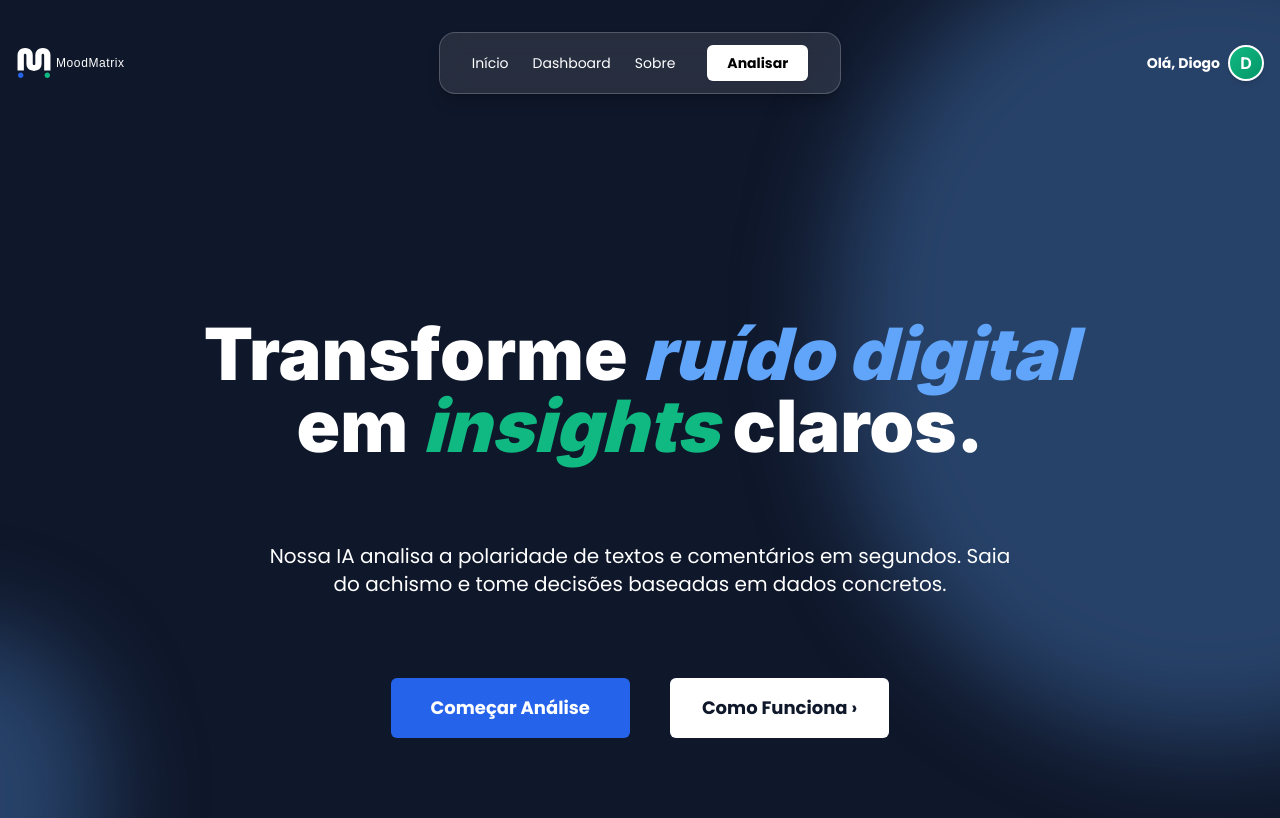
Repository: Hackaton-ONE/hackathon-Frontend
Page: /
The author's editor kept a copy of each file at every save. The page is drawn from the files as they stood at one save, then again after the next save.
The browser window is 1280 px wide. The pictures show the whole page.
An inner scrolling area shows only its first screen. Some web fonts or font styles are not loaded; a fallback is used. The project was rebuilt for these pictures with package versions that can differ from the ones it lists, and the page was loaded fresh each time. The framework's server and built-in components were replaced by stand-ins that run in the browser. Also part of the build but not shown: next.config.ts.

Above is the page before, as saved 2026-01-02 13:11:11.

After the next save:
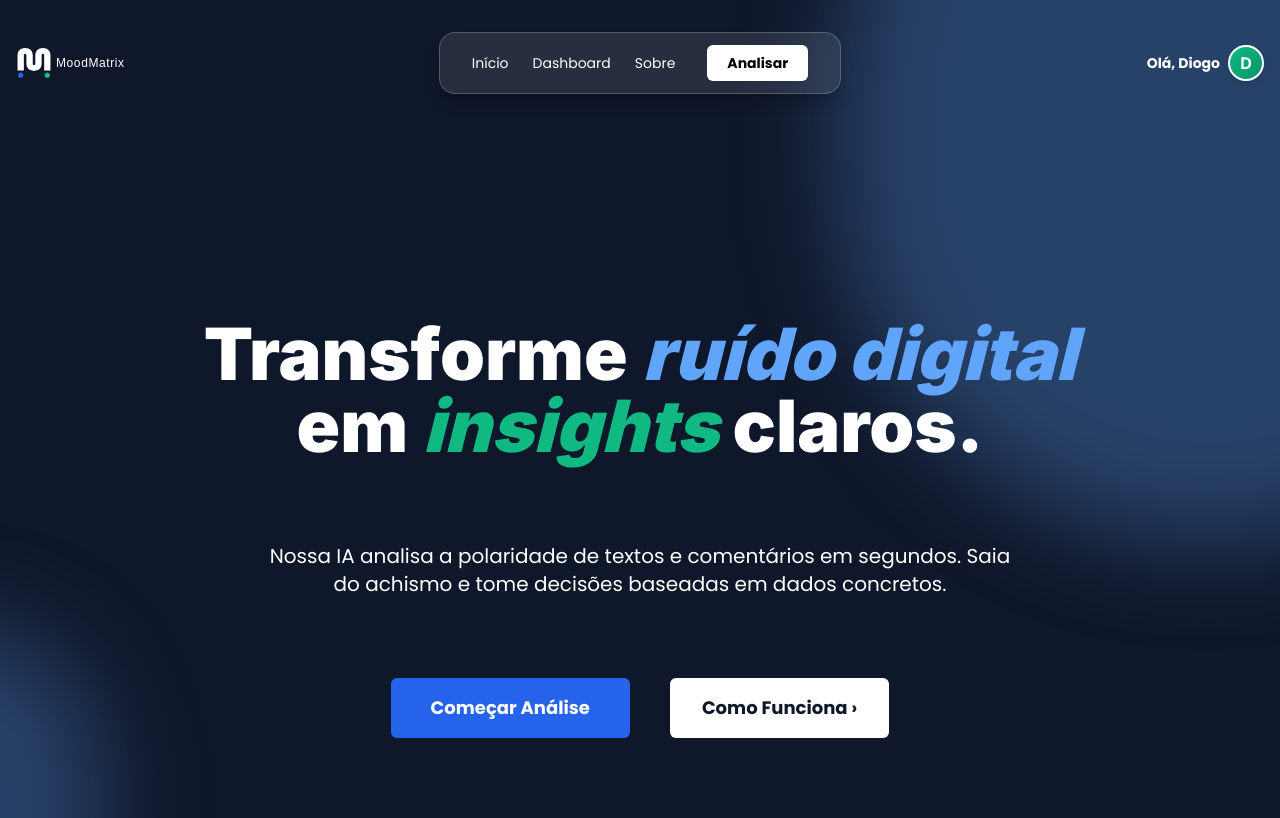
Saved 10 s later.
--- a/components/HeroSection.tsx
+++ b/components/HeroSection.tsx
@@ -18,7 +18,7 @@ export function HeroSection() {
       <div
         className="
           absolute
-          top-[-500px] lg:top-[-200px] 2xl:top-[-300px]
+          top-[-500px] lg:top-[-400px] 2xl:top-[-300px]
           right-[-600px] lg:right-[-100px] xl:right-[-300px] /* Ajuste fino para telas diferentes */
           w-[743px]
           h-[817px]
